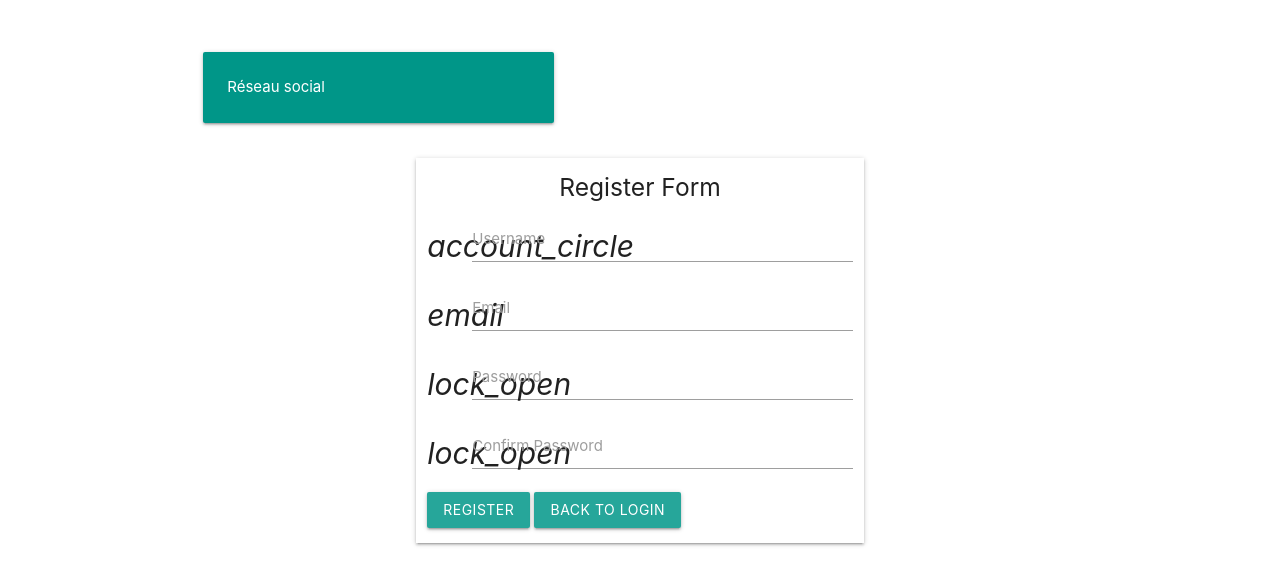
Repository: thdal/Atelier_JEE_16_02
Page: http://localhost/Atelier_JEE_16_02/WEB-INF/pages/connexion/FormRegister.jsp
An editor plug-in stored every save of this project. The page is shown before and after the next save, followed by the edit.
The browser window is 1280 px wide. The pictures show the whole page.
The page is served by Tomcat 9. Nobody is signed in. The template is opened directly, without the code that normally fills it, so the values that code supplies are empty.

Above is the page before, as saved 2021-02-22 07:13:24.

After the next save:
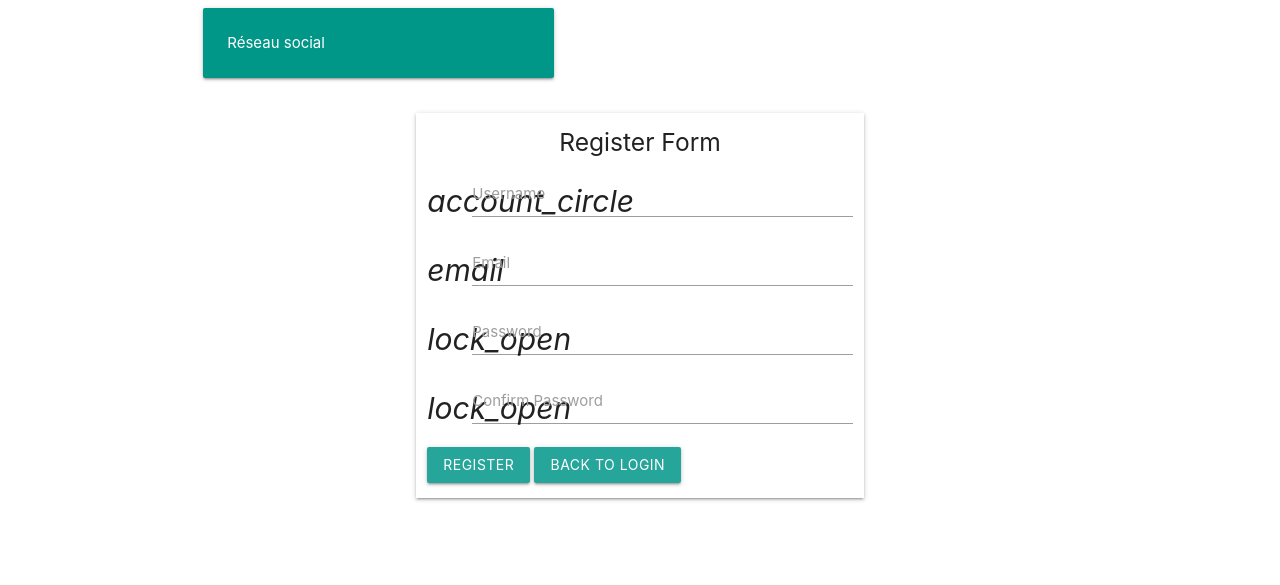
Saved 8 s later.
--- a/Atelier_JEE_16_02/src/main/webapp/WEB-INF/pages/connexion/FormRegister.jsp
+++ b/Atelier_JEE_16_02/src/main/webapp/WEB-INF/pages/connexion/FormRegister.jsp
@@ -11,16 +11,16 @@
 <body>
 <div class="container">
 
-
-
-      <div style="margin-top: 5%;" class="row">
-      <div class="row">
+	     <div class="row">
 	      <div class="col s12 m5">
 	        <div class="card-panel teal">
 	          <span class="white-text">Réseau social</span>
 	        </div>
 	      </div>
 	    </div>
+
+      <div class="row">
+
           <div class="col s6 offset-s3 z-depth-1" id="panell">
             <h5 style="text-align: center;" id="title">Register Form</h5>
             <form>
